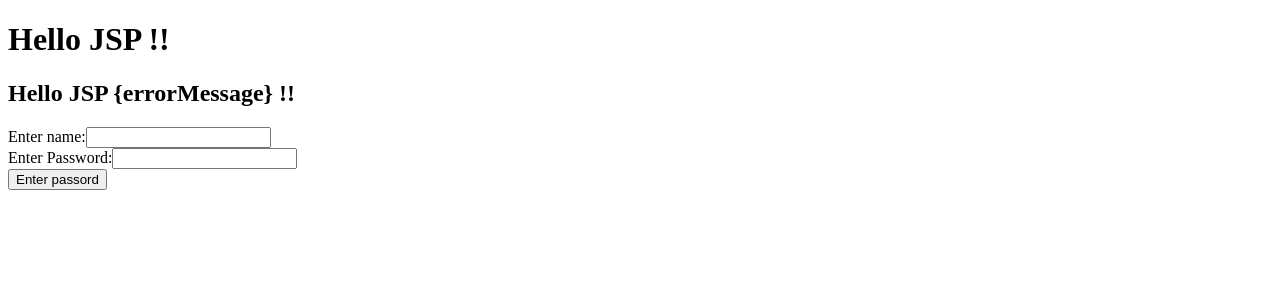
Repository: chandu3015/springBasicWorkSpace
Page: http://localhost/first-web-app/
The author's editor kept a copy of each file at every save. The page is drawn from the files as they stood at one save, then again after the next save.
The browser window is 1280 px wide. The pictures show the whole page.
The page is served by Tomcat 9. Other server files are loaded and not shown.

Above is the page before, as saved 2019-01-22 01:56:36.

### first-web-app/src/main/webapp/WEB-INF/views/login.jsp
<%@ page language="java" contentType="text/html; charset=ISO-8859-1"
    pageEncoding="ISO-8859-1"%>
<!DOCTYPE html>
<html>
<head>
<meta charset="ISO-8859-1">
<title>login</title>
</head>
<body>
<h1>Hello JSP  !!</h1>
<h2>Hello JSP {errorMessage} !!</h2>
<form name ="loginForm" action="/login.do" method="post">
Enter name:<input type="text" name="name" /> <br/>
Enter Password:<input type="password" name="password" /><br/>
<button type="submit" value="submit">Enter passord</button>
</form>
</body>
</html>

After the next save:
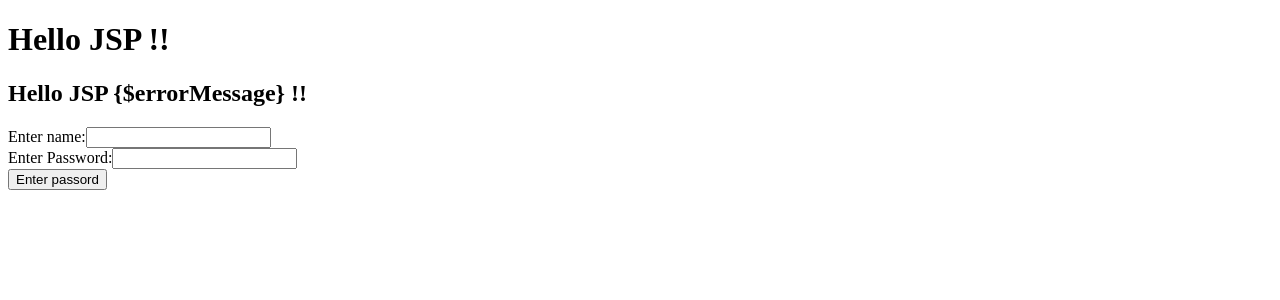
Saved 86 s later.
--- a/first-web-app/src/main/webapp/WEB-INF/views/login.jsp
+++ b/first-web-app/src/main/webapp/WEB-INF/views/login.jsp
@@ -8,7 +8,7 @@
 </head>
 <body>
 <h1>Hello JSP  !!</h1>
-<h2>Hello JSP {errorMessage} !!</h2>
+<h2>Hello JSP {$errorMessage} !!</h2>
 <form name ="loginForm" action="/login.do" method="post">
 Enter name:<input type="text" name="name" /> <br/>
 Enter Password:<input type="password" name="password" /><br/>
